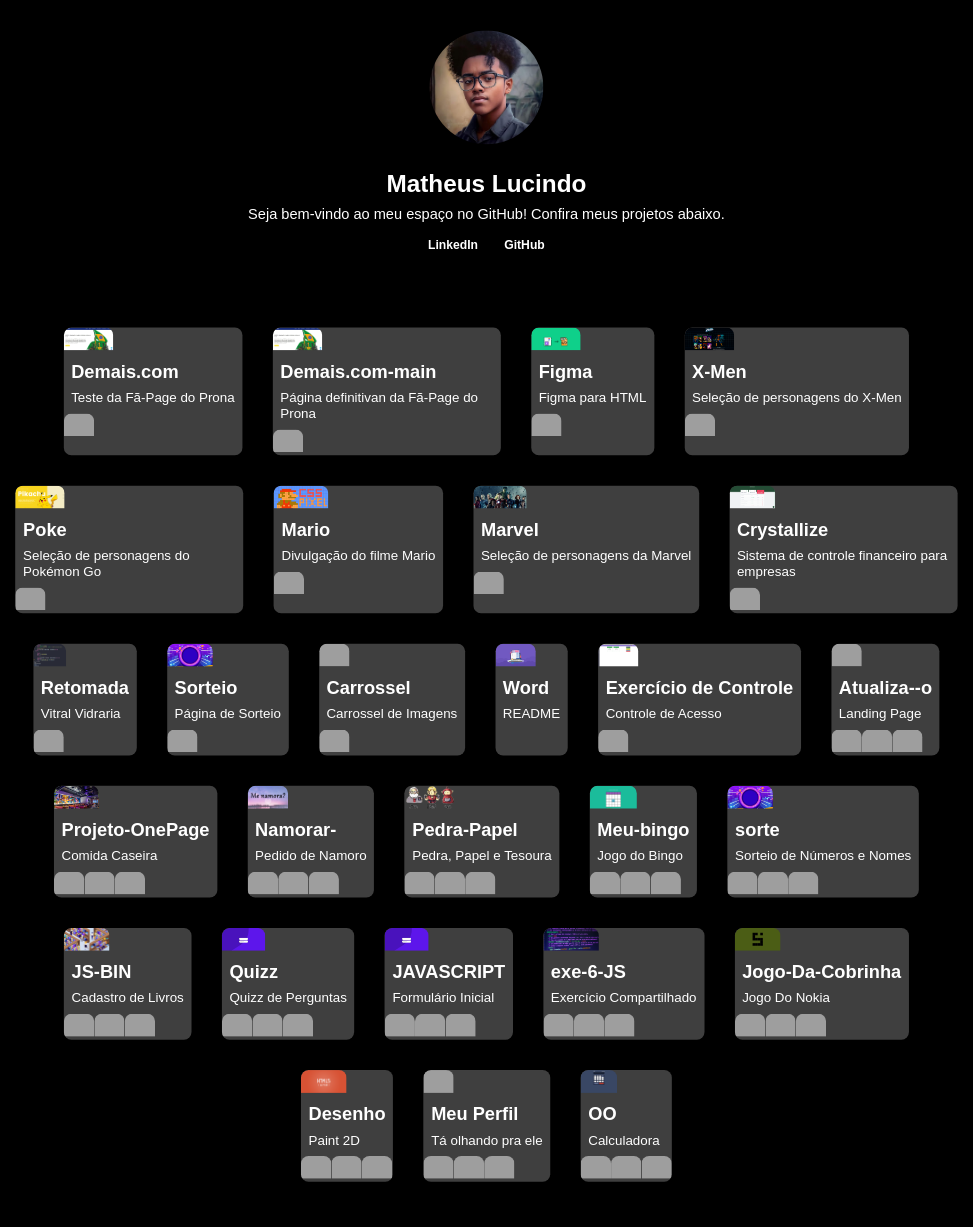
Repository: Matheus904-12/Meu-Perfil
Page: index.html
An editor plug-in stored every save of this project. The page is shown before and after a run of saves, followed by the edit.
The browser window is 1280 px wide. The pictures show the whole page, at 76% of full size.
Pictures or frames that could not be fetched are drawn as grey boxes.

Above is the page before, as saved 2023-09-26 22:03:33.

### index.html
<!DOCTYPE html>
<html lang="en">
<head>
    <meta charset="UTF-8">
    <meta name="viewport" content="width=device-width, initial-scale=1.0">
    <link rel="stylesheet" href="styles.css">
    <link rel="icon" href="p">
    <title>Seu Perfil</title>
</head>
<body>


    <header>
        <img src="IMG_20230326_185729_968.jpg" alt="Sua Foto de Perfil" class="profile-picture">
        <h1>Matheus Lucindo</h1>
        <p>Seja bem-vindo ao meu espaço no GitHub! Confira meus projetos abaixo.</p>
        <div class="social-links">
            <a href="https://www.linkedin.com/in/matheus-lucindo-b35b68190/" target="_blank">LinkedIn</a>
            <a href="https://github.com/Matheus904-12" target="_blank">GitHub</a>
        </div>
    </header>

    <section class="repositories">
        <!-- Os repositórios serão carregados aqui via JavaScript -->
    </section>

    <script src="script.js"></script>
</body>
</html>

### styles.css
/* styles.css */

body {
    font-family: 'Arial', sans-serif;
    margin: 0;
    padding: 0;
    background-color: #000000;
    color: #fff;
    transition: background-color 0.3s, color 0.3s;
}

.profile-picture {
    border-radius: 50%;
    width: 150px;
    height: 150px;
    margin-bottom: 20px;
    object-fit: cover;
}

header {
    text-align: center;
    padding: 40px;
    background-color: #000000;
    box-shadow: 0px 4px 8px rgba(0, 0, 0, 0.1);
}

h1 {
    font-size: 2em;
    margin: 10px 0;
}

p {
    font-size: 1.2em;
    max-width: 800px;
    margin: 0 auto 20px;
}

.social-links {
    margin-top: 20px;
}

.social-links a {
    display: inline-block;
    margin: 0 15px;
    text-decoration: none;
    color: #fff;
    font-weight: bold;
    transition: color 0.3s;
}

.social-links a:hover {
    color: #00aa1a;
}

.repositories {
    display: flex;
    flex-wrap: wrap;
    justify-content: center;
    margin: 40px 0;
}

.repository-card {
    background-color: #3f3f3f;
    border-radius: 10px;
    box-shadow: 0px 4px 8px rgba(0, 0, 0, 0.1);
    margin: 20px;
    max-width: 300px;
    transition: transform 0.3s, box-shadow 0.3s, background-color 0.3s;
    overflow: hidden;
    color: #fff; /* Cor do texto ajustada */
}

.repository-card img {
    border-radius: 10px 10px 0 0;
    max-width: 100%;
    height: auto;
    max-height: 200px;
    object-fit: cover;
    max-height: 30px; /* Adicionado este estilo para limitar a altura dos ícones */
}

.repository-card h3 {
    margin: 10px;
    font-size: 1.5em;
}

.repository-card p {
    margin: 10px;
    font-size: 1.1em;
}

.repository-card:hover {
    transform: scale(1.05);
    box-shadow: 0 8px 16px rgba(128, 0, 128, 0.1);

}

.repository-card a {
    color: #ffffff; /* Defina a cor de texto desejada aqui */
    text-decoration: none; /* Para remover sublinhado dos links */
}

/* Estilos para tablets (largura máxima de 768px) */
@media screen and (max-width: 768px) {
    header {
        padding: 20px;
    }

    .profile-picture {
        width: 100px;
        height: 100px;
        margin-bottom: 10px;
    }

    h1 {
        font-size: 1.5em;
    }

    p {
        font-size: 1em;
    }

    .social-links a {
        margin: 0 10px;
    }

    .repository-card {
        max-width: 250px;
    }

    .repository-card img {
        max-height: 150px;
    }

    .repository-card h3 {
        font-size: 1.2em;
    }

    .repository-card p {
        font-size: 1em;
    }
}

/* Estilos para dispositivos móveis (largura máxima de 480px) */
@media screen and (max-width: 480px) {
    header {
        padding: 10px;
    }

    .profile-picture {
        width: 80px;
        height: 80px;
        margin-bottom: 5px;
    }

    h1 {
        font-size: 1.2em;
    }

    p {
        font-size: 0.9em;
    }

    .social-links a {
        margin: 0 5px;
    }

    .repository-card {
        max-width: 200px;
    }

    .repository-card img {
        max-height: 120px;
    }

    .repository-card h3 {
        font-size: 1em;
    }

    .repository-card p {
        font-size: 0.8em;
    }
}

### script.js
document.addEventListener('DOMContentLoaded', function() {
    const repositories = [
        {
            name: 'Demais.com',
            description: 'Teste da Fã-Page do Prona',
            coverImage: 'Demais.com.jpg',
            languages: ['']
        },
        {
            name: 'Demais.com-main',
            description: 'Página definitivan da Fã-Page do Prona',
            coverImage: 'Demais.com.jpg',
            languages: ['']
        },
        {
            name: 'Figma',
            description: 'Figma para HTML',
            coverImage: 'Figma_to_html_1.png',
            languages: ['']
        },
        {
            name: 'X-Men',
            description: 'Seleção de personagens do X-Men',
            coverImage: 'xmen.png',
            languages: ['']
        },
        {
            name: 'Poke',
            description: 'Seleção de personagens do Pokémon Go',
            coverImage: 'pokemon-slider.png',
            languages: ['']
        },
        {
            name: 'Mario',
            description: 'Divulgação do filme Mario',
            coverImage: 'css-pixel-art.png',
            languages: ['']
        },
        {
            name: 'Marvel',
            description: 'Seleção de personagens da Marvel',
            coverImage: 'marvel.jpg',
            languages: ['']
        },
        {
            name: 'Crystallize',
            description: 'Sistema de controle financeiro para empresas',
            coverImage: 'sis.png',
            languages: ['']
        },
        {
            name: 'Retomada',
            description: 'Vitral Vidraria',
            coverImage: 'retom.png',
            languages: ['']
        },
        {
            name: 'Sorteio',
            description: 'Página de Sorteio',
            coverImage: 'sorteio.jpg',
            languages: ['']
        },
        {
            name: 'Carrossel',
            description: 'Carrossel de Imagens',
            coverImage: 'car.jpg',
            languages: ['']
        },
        {
            name: 'Word',
            description: 'README',
            coverImage: 'como-fazer-um-bom-readme-preview.png',
            languages: []
        },
        {
            name: 'Exercício de Controle',
            description: 'Controle de Acesso',
            coverImage: 'control.png',
            languages: ['HTML']
        },
        {
            name: 'Atualiza--o',
            description: 'Landing Page',
            coverImage: 'landing.png',
            languages: ['HTML', 'CSS', 'JS']
        },
        {
            name: 'Projeto-OnePage',
            description: 'Comida Caseira',
            coverImage: 'restaurante.jpeg',
            languages: ['HTML', 'CSS', 'JS']
        },
        {
            name: 'Namorar-',
            description: 'Pedido de Namoro',
            coverImage: 'namorar.jpg',
            languages: ['HTML', 'CSS', 'JS']
        },
        {
            name: 'Pedra-Papel',
            description: 'Pedra, Papel e Tesoura',
            coverImage: 'jokenpo.png',
            languages: ['HTML', 'CSS', 'JS']
        },
        {
            name: 'Meu-bingo',
            description: 'Jogo do Bingo',
            coverImage: 'bingo.jpg',
            languages: ['HTML', 'CSS', 'JS']
        },
        {
            name: 'sorte',
            description: 'Sorteio de Números e Nomes',
            coverImage: 'sorteio.jpg',
            languages: ['HTML', 'CSS', 'JS']
        },
        {
            name: 'JS-BIN',
            description: 'Cadastro de Livros',
            coverImage: 'bibliotecas.png',
            languages: ['HTML', 'CSS', 'JS']
        },
        {
            name: 'Quizz',
            description: 'Quizz de Perguntas',
            coverImage: 'a-guide-to-html-css-forms-no-hacks.jpg',
            languages: ['HTML', 'CSS', 'JS']
        },
        {
            name: 'JAVASCRIPT',
            description: 'Formulário Inicial',
            coverImage: 'a-guide-to-html-css-forms-no-hacks.jpg',
            languages: ['HTML', 'CSS', 'JS']
        },
        {
            name: 'exe-6-JS',
            description: 'Exercício Compartilhado',
            coverImage: 'comp.png',
            languages: ['HTML', 'CSS', 'JS']
        },
        {
            name: 'Jogo-Da-Cobrinha',
            description: 'Jogo Do Nokia',
            coverImage: 'cobrinha.png',
            languages: ['HTML', 'CSS', 'JS']
        },
        {
            name: 'Desenho',
            description: 'Paint 2D',
            coverImage: '20151220031246_canvas.png',
            languages: ['HTML', 'CSS', 'JS']
        },
        {
            name: 'Meu Perfil',
            description: 'Tá olhando pra ele',
            coverImage: 'perfi.png',
            languages: ['HTML', 'CSS', 'JS']
        },
        {
            name: 'OO',
            description: 'Calculadora',
            coverImage: 'leva.jpg',
            languages: ['HTML', 'CSS', 'JS']
        },


    ];

    const repositoriesSection = document.querySelector('.repositories');

    repositories.forEach(repository => {
        const card = document.createElement('div');
        card.classList.add('repository-card');

        const languagesIcons = repository.languages.map(lang => `<img src="${lang.toLowerCase()}.png" alt="${lang}">`).join('');

        card.innerHTML = `
            <a href="${repository.link}" target="_blank">
                <div class="card-border">
                    <img src="${repository.coverImage}" alt="Capa do Repositório">
                </div>
                <h3>${repository.name}</h3>
                <p>${repository.description}</p>
                <div class="languages">${languagesIcons}</div>
            </a>
        `;

        card.addEventListener('click', function() {
            card.classList.toggle('selected');
        });

        repositoriesSection.appendChild(card);
    });
});

After the next 2 saves:
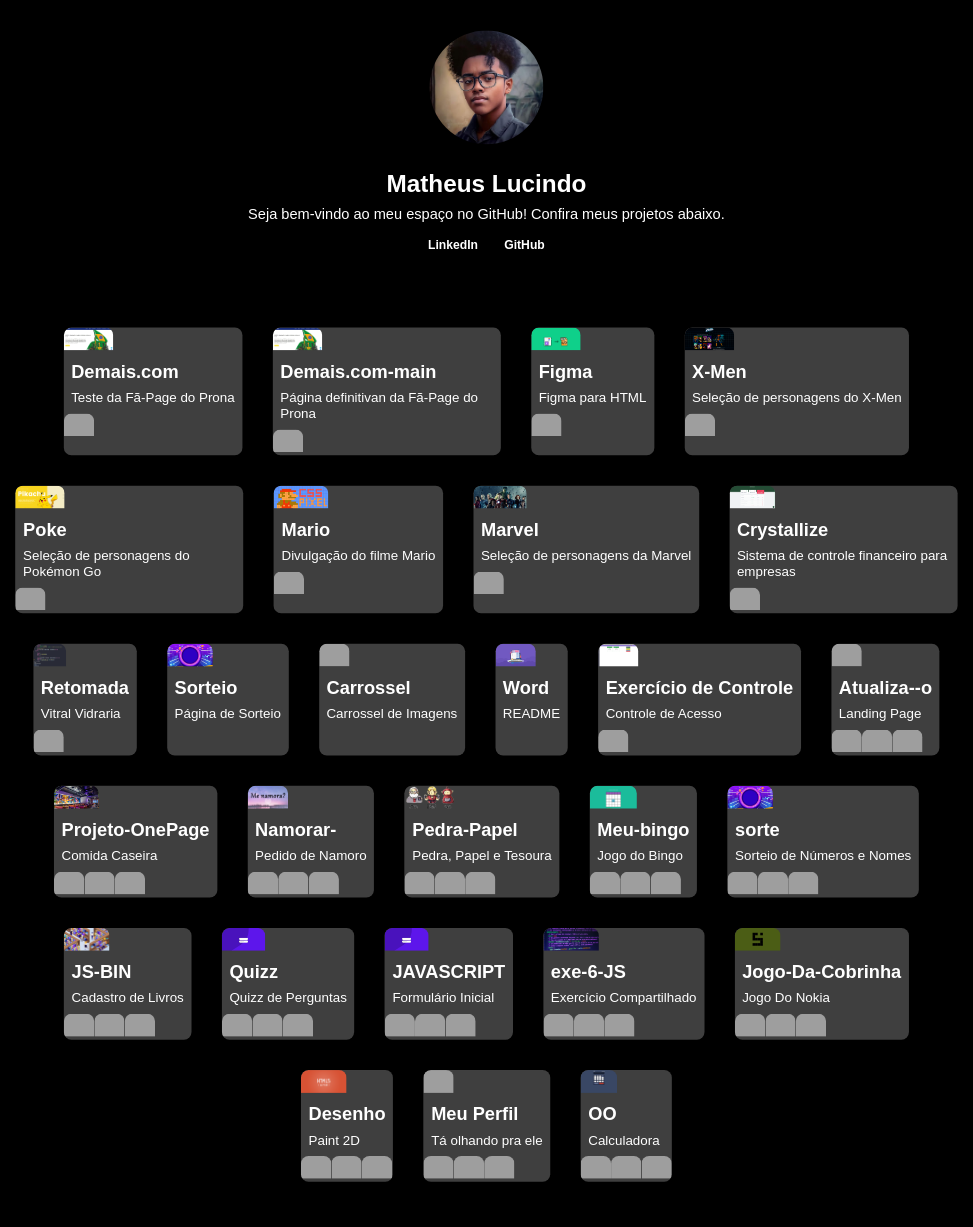
The 2 saves are shown as one change because they came seconds apart.
The last was saved 19 s later.
--- a/script.js
+++ b/script.js
@@ -58,13 +58,13 @@
             name: 'Sorteio',
             description: 'Página de Sorteio',
             coverImage: 'sorteio.jpg',
-            languages: ['']
+            languages: []
         },
         {
             name: 'Carrossel',
             description: 'Carrossel de Imagens',
             coverImage: 'car.jpg',
-            languages: ['']
+            languages: []
         },
         {
             name: 'Word',
